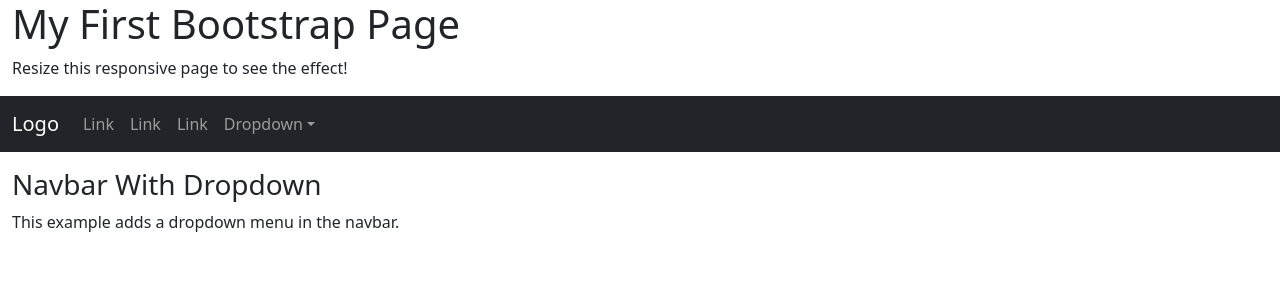
Repository: seoyeon0619/WebProgramming
Page: workspace1/myhome2/src/main/webapp/디자인/board.html
An editor plug-in stored every save of this project. The page is shown before and after the next save, followed by the edit.
The browser window is 1280 px wide. The pictures show the whole page.

Above is the page before, as saved 2022-12-30 00:34:36.

### workspace1/myhome2/src/main/webapp/디자인/board.html
<!DOCTYPE html>
<html lang="en">
<head>
  <title>Bootstrap 5 Example</title>
  <meta charset="utf-8">
  <meta name="viewport" content="width=device-width, initial-scale=1">
  <link href="https://cdn.jsdelivr.net/npm/bootstrap@5.2.3/dist/css/bootstrap.min.css" rel="stylesheet">
  <script src="https://cdn.jsdelivr.net/npm/bootstrap@5.2.3/dist/js/bootstrap.bundle.min.js"></script>
</head>
<body>

<div class="container-fluid">
  <h1>My First Bootstrap Page</h1>
  <p>Resize this responsive page to see the effect!</p>
</div>

<!-- 메뉴 -->
<nav class="navbar navbar-expand-sm bg-dark navbar-dark">
  <div class="container-fluid">
    <a class="navbar-brand" href="#">Logo</a>
    <button class="navbar-toggler" type="button" data-bs-toggle="collapse" data-bs-target="#collapsibleNavbar">
      <span class="navbar-toggler-icon"></span>
    </button>
    <div class="collapse navbar-collapse" id="collapsibleNavbar">
      <ul class="navbar-nav">
        <li class="nav-item">
          <a class="nav-link" href="#">Link</a>
        </li>
        <li class="nav-item">
          <a class="nav-link" href="#">Link</a>
        </li>
        <li class="nav-item">
          <a class="nav-link" href="#">Link</a>
        </li>
        <li class="nav-item dropdown">
          <a class="nav-link dropdown-toggle" href="#" role="button" data-bs-toggle="dropdown">Dropdown</a>
          <ul class="dropdown-menu">
            <li><a class="dropdown-item" href="#">Link</a></li>
            <li><a class="dropdown-item" href="#">Another link</a></li>
            <li><a class="dropdown-item" href="#">A third link</a></li>
          </ul>
        </li>
      </ul>
    </div>
  </div>
</nav>

<div class="container-fluid mt-3">
  <h3>Navbar With Dropdown</h3>
  <p>This example adds a dropdown menu in the navbar.</p>
</div>


</body>
</html>

After the next save:
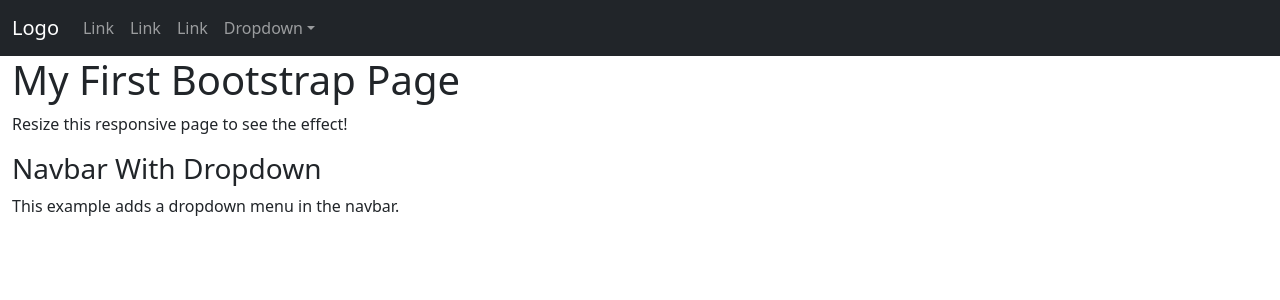
Saved 39 s later.
--- a/workspace1/myhome2/src/main/webapp/디자인/board.html
+++ b/workspace1/myhome2/src/main/webapp/디자인/board.html
@@ -9,10 +9,7 @@
 </head>
 <body>
 
-<div class="container-fluid">
-  <h1>My First Bootstrap Page</h1>
-  <p>Resize this responsive page to see the effect!</p>
-</div>
+
 
 <!-- 메뉴 -->
 <nav class="navbar navbar-expand-sm bg-dark navbar-dark">
@@ -44,6 +41,10 @@
     </div>
   </div>
 </nav>
+<div class="container-fluid">
+  <h1>My First Bootstrap Page</h1>
+  <p>Resize this responsive page to see the effect!</p>
+</div>
 
 <div class="container-fluid mt-3">
   <h3>Navbar With Dropdown</h3>
